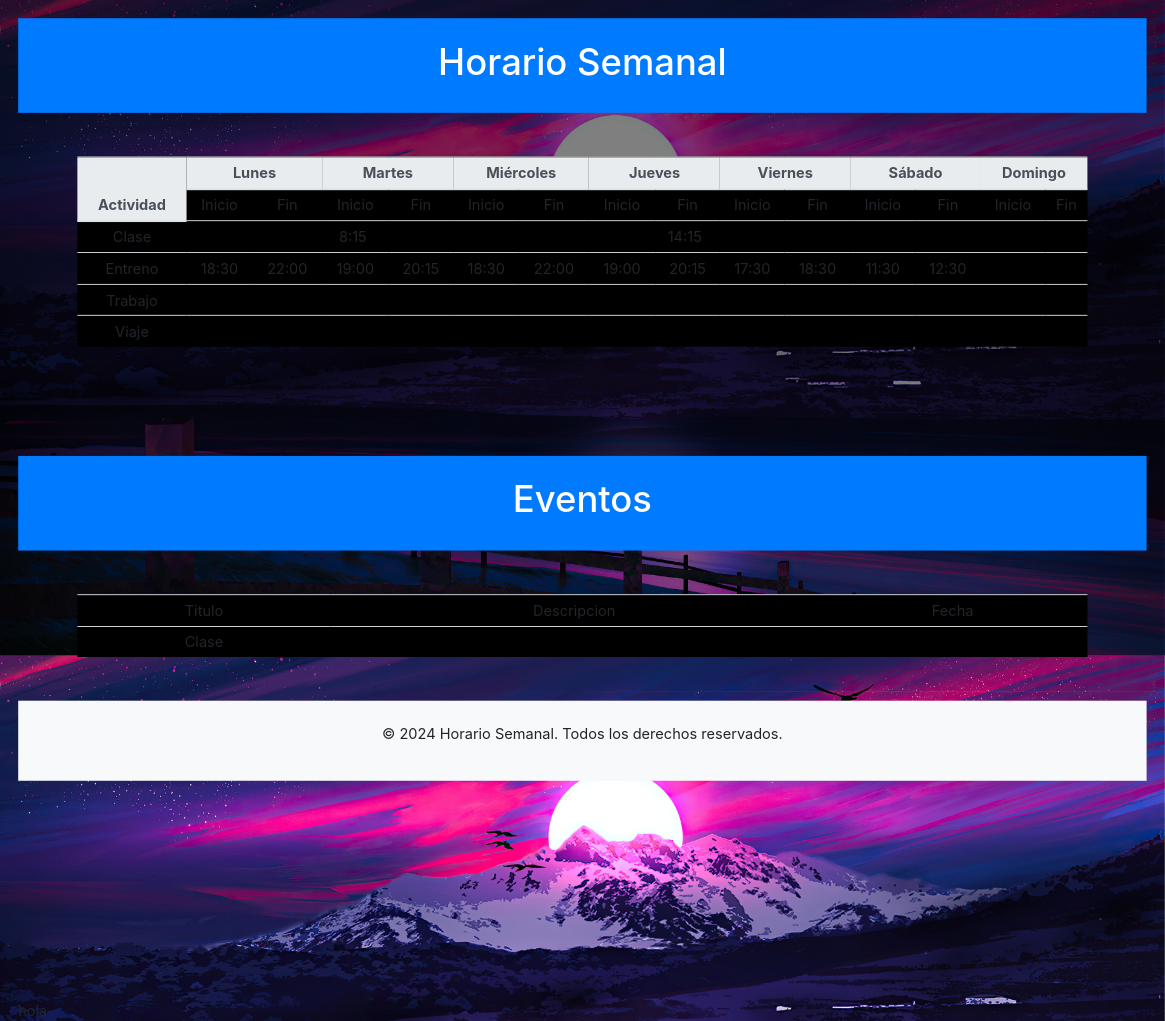
Repository: demoniers/demonIers.github.io
Page: calendar/index.html
The author's editor kept a copy of each file at every save. The page is drawn from the files as they stood at one save, then again after the next save.
The browser window is 1280 px wide. The pictures show the whole page, at 91% of full size.
Backgrounds fixed to the window are drawn as part of the page. Some web libraries are served in a nearby version.

Above is the page before, as saved 2024-10-16 13:24:30.

### calendar/index.html
<!DOCTYPE html>
<html lang="es">
<head>
  <meta charset="UTF-8">
  <meta name="viewport" content="width=device-width, initial-scale=1.0">
  <title>Organigrama</title>
  <link href="https://stackpath.bootstrapcdn.com/bootstrap/4.5.2/css/bootstrap.min.css" rel="stylesheet">
  <link rel="stylesheet" href="./css/style.css">
  <!DOCTYPE html>
  <html lang="es">
  <head>
    <meta charset="UTF-8">
    <meta name="viewport" content="width=device-width, initial-scale=1.0">
    <title>Horario Semanal</title>
    <link href="https://stackpath.bootstrapcdn.com/bootstrap/4.5.2/css/bootstrap.min.css" rel="stylesheet">
    <style>
      .table th, .table td {
        text-align: center;
        vertical-align: middle;
      }
    </style>
  </head>
  <body>
    <div class="paralax"></div>
      <div class="content">
        <header class="bg-primary text-white text-center py-4">
          <h1>Horario Semanal</h1>
        </header>
        <main class="container my-5">
          <table class="table table-sm">
            <thead class="thead-light">
                <tr>
                  <th rowspan="2">Actividad</th>
                  <th colspan="2">Lunes</th>
                  <th colspan="2">Martes</th>
                  <th colspan="2">Miércoles</th>
                  <th colspan="2">Jueves</th>
                  <th colspan="2">Viernes</th>
                  <th colspan="2">Sábado</th>
                  <th colspan="2">Domingo</th>
                </tr>
                <tr>
                  <td class="cuerpo">Inicio</td>
                  <td class="cuerpo">Fin</td>
                  <td class="cuerpo">Inicio</td>
                  <td class="cuerpo">Fin</td>
                  <td class="cuerpo">Inicio</td>
                  <td class="cuerpo">Fin</td>
                  <td class="cuerpo">Inicio</td>
                  <td class="cuerpo">Fin</td>
                  <td class="cuerpo">Inicio</td>
                  <td class="cuerpo">Fin</td>
                  <td class="cuerpo">Inicio</td>
                  <td class="cuerpo">Fin</td>
                  <td class="cuerpo">Inicio</td>
                  <td class="cuerpo">Fin</td>
                </tr>
            </thead>
            <tbody>
              <tr>
                <td>Clase</td>
                <td colspan="5" class="cuerpo">8:15</td>
                <td colspan="5" class="cuerpo">14:15</td>
                <td class="cuerpo"></td>
                <td class="cuerpo"></td>
                <td class="cuerpo"></td>
                <td class="cuerpo"></td>
              </tr>
              <tr>
                <td>Entreno</td>
                <td class="cuerpo">18:30 </td><td class="cuerpo"> 22:00</td>
                <td class="cuerpo">19:00 </td><td class="cuerpo"> 20:15</td>
                <td class="cuerpo">18:30 </td><td class="cuerpo"> 22:00</td>
                <td class="cuerpo">19:00 </td><td class="cuerpo"> 20:15</td>
                <td class="cuerpo">17:30 </td><td class="cuerpo"> 18:30</td>
                <td class="cuerpo">11:30 </td><td class="cuerpo"> 12:30</td>
                <td class="cuerpo"></td><td class="cuerpo"> </td>
              </tr>
              <tr>
                <td>Trabajo</td>
                <td class="cuerpo"></td><td class="cuerpo"> </td>
                <td class="cuerpo"></td><td class="cuerpo"> </td>
                <td class="cuerpo"></td><td class="cuerpo"> </td>
                <td class="cuerpo"></td><td class="cuerpo"> </td>
                <td class="cuerpo"></td><td class="cuerpo"> </td>
                <td class="cuerpo"></td><td class="cuerpo"> </td>
                <td class="cuerpo"></td><td class="cuerpo"> </td>
              </tr>
              <tr>
                <td>Viaje</td>
                <td class="cuerpo"></td><td class="cuerpo"> </td>
                <td class="cuerpo"></td><td class="cuerpo"> </td>
                <td class="cuerpo"></td><td class="cuerpo"> </td>
                <td class="cuerpo"></td><td class="cuerpo"> </td>
                <td class="cuerpo"></td><td class="cuerpo"> </td>
                <td class="cuerpo"></td><td class="cuerpo"> </td>
                <td class="cuerpo"></td><td class="cuerpo"> </td>
              </tr>
            </tbody>
          </table>
        </main>
        <br><br><br>
        <header class="bg-primary text-white text-center py-4">
          <h1>Eventos</h1>
        </header>
        <main class="container my-5">
          <table class="table table-sm">
            <thead class="thead-light">
                <tr>
                  <td class="cuerpo">Titulo</td>
                  <td class="cuerpo">Descripcion</td>
                  <td class="cuerpo">Fecha</td>
                </tr>
            </thead>
            <tbody>
              <tr>
                <td>Clase</td>
                <td class="cuerpo"></td>
                <td class="cuerpo"></td>
              </tr>
            </tbody>
          </table>
        </main>
        <footer class="bg-light text-center py-4">
          <p>&copy; 2024 Horario Semanal. Todos los derechos reservados.</p>
        </footer>
        <br><br><br><br><br><br><br><br><br><br><p>hola</p>
      </div>

    <script src="https://code.jquery.com/jquery-3.5.1.slim.min.js"></script>
    <script src="https://cdn.jsdelivr.net/npm/@popperjs/core@2.5.2/dist/umd/popper.min.js"></script>
    <script src="https://stackpath.bootstrapcdn.com/bootstrap/4.5.2/js/bootstrap.min.js"></script>
  </body>
  </html>

### calendar/css/style.css
        /* Estilo que aplica al cuerpo de la página */

        body, html {
            background-image: url(../img/fondo.jpg);
            height: 100%;
            background-attachment: fixed;
            background-position: center;
            background-repeat: no-repeat;
            background-size: cover;
        }
        .content {
            height: 100%;
            padding: 20px;
            background: rgba(0, 0, 0, 0.5);
        }
        table {
            background-color: black;
            color: white;
            border: 1px;
        }

After the next save:
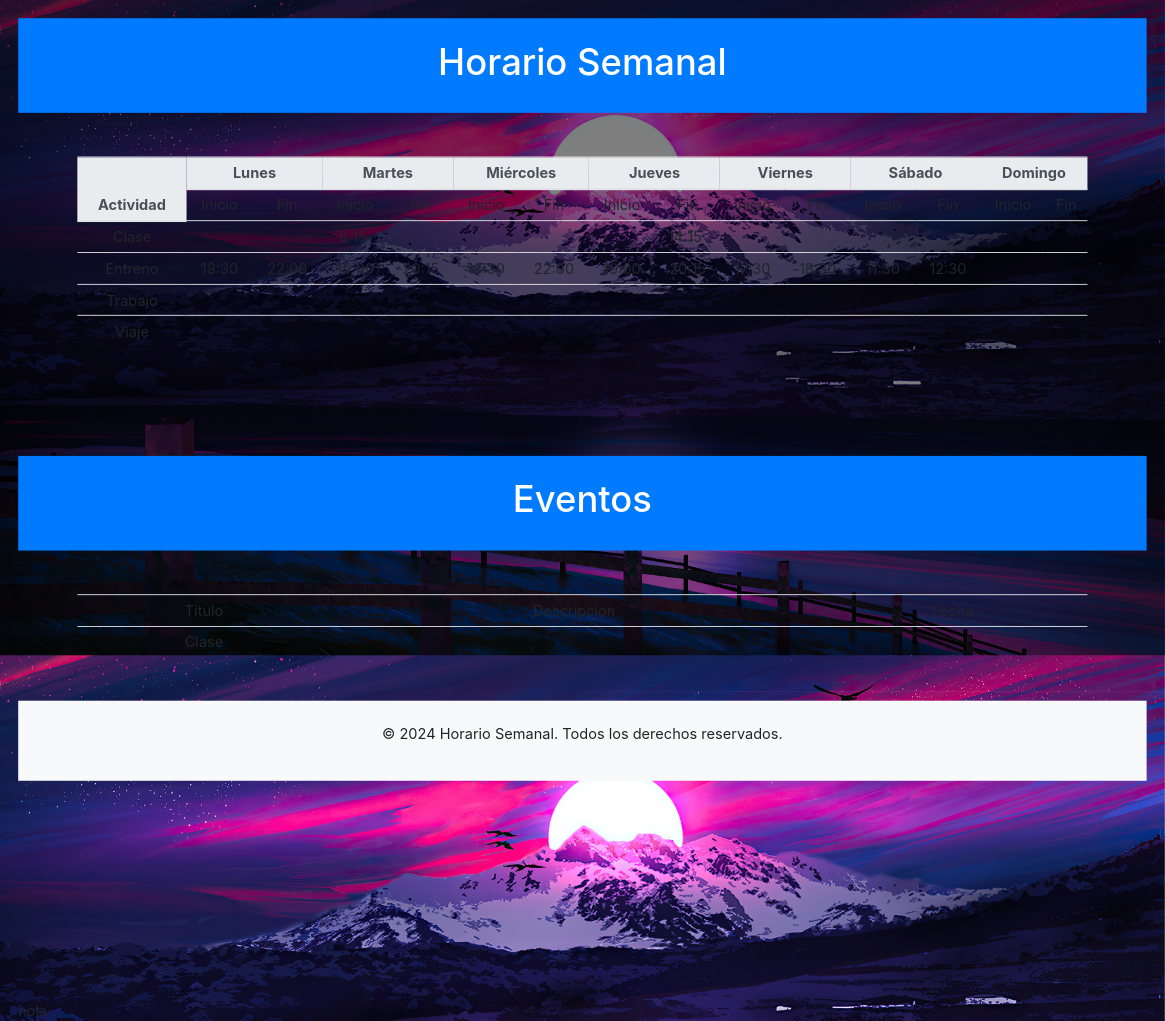
Saved 3 min 20 s later.
--- a/calendar/css/style.css
+++ b/calendar/css/style.css
@@ -14,7 +14,5 @@
             background: rgba(0, 0, 0, 0.5);
         }
         table {
-            background-color: black;
-            color: white;
             border: 1px;
         }
